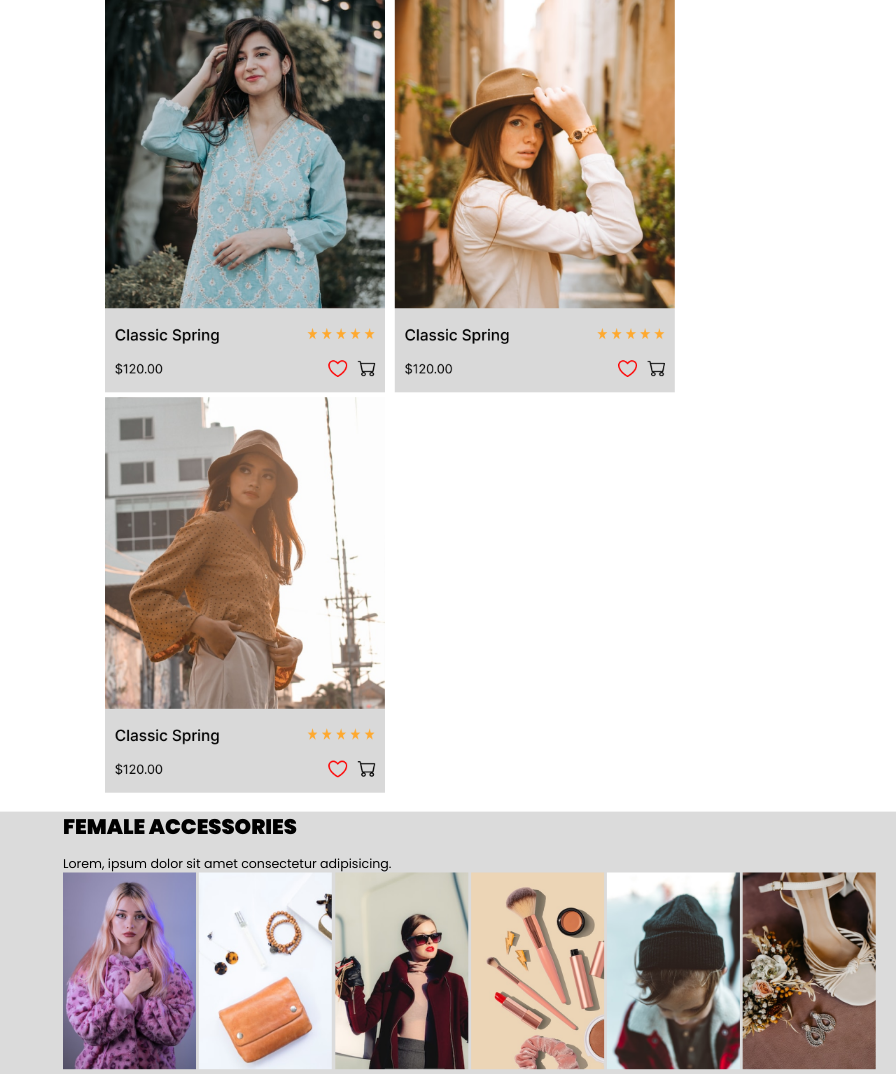
Repository: isaacCodes1/My-Project
Page: lifestyle.html
The author's editor kept a copy of each file at every save. The page is drawn from the files as they stood at one save, then again after the next save.
The browser window is 1280 px wide. The pictures show the part of the page from y = 1359 to 3279 px (the page is 2893 px tall before and 3279 px after), at 70% of full size.

Above is the page before, as saved 2024-03-21 18:36:41.

After the next save:
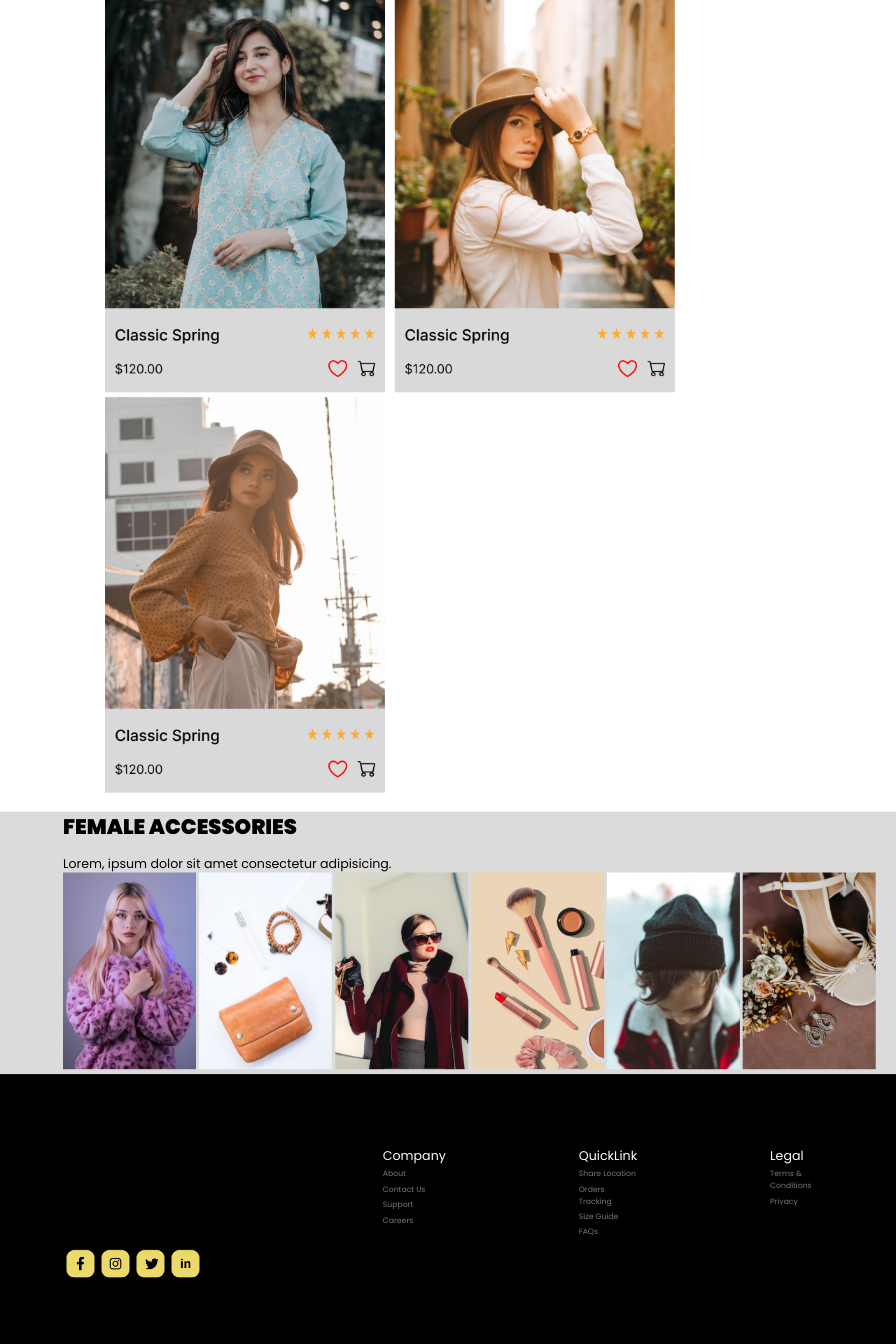
Saved 51 s later.
--- a/lifestyle.html
+++ b/lifestyle.html
@@ -50,20 +50,71 @@
       </div>
     </section>
     <section class="foot">
-        <div class="genFoot">
-          <div class="footTxt">
-            <h1>FEMALE ACCESSORIES</h1>
-            <p>Lorem, ipsum dolor sit amet consectetur adipisicing.</p>
-          </div>
-          <div class="footImg">
-            <img src="/Assets/Purple girl.png" alt="" />
-            <img src="/Assets/tools.png" alt="" />
-            <img src="/Assets/Classy.png" alt="" />
-            <img src="/Assets/Paint brush.png" alt="" />
-            <img src="/Assets/Head.png" alt="" />
-            <img src="/Assets/Heels.png" alt="" />
+      <div class="genFoot">
+        <div class="footTxt">
+          <h1>FEMALE ACCESSORIES</h1>
+          <p>Lorem, ipsum dolor sit amet consectetur adipisicing.</p>
+        </div>
+        <div class="footImg">
+          <img src="/Assets/Purple girl.png" alt="" />
+          <img src="/Assets/tools.png" alt="" />
+          <img src="/Assets/Classy.png" alt="" />
+          <img src="/Assets/Paint brush.png" alt="" />
+          <img src="/Assets/Head.png" alt="" />
+          <img src="/Assets/Heels.png" alt="" />
+        </div>
+      </div>
+    </section>
+    <section class="foot">
+      <div class="footDiv">
+        <div class="footTxt">
+          <h1>FASHION</h1>
+          <p>
+            Complete your style with awesome <br />
+            clothes from us.
+          </p>
+          <div class="socialIcons">
+            <div class="icon">
+              <a href="https://www.facebook.com/profile.php?id=61551880766580">
+                <img src="/Assets/Pics/Facebook.png" alt=""
+              /></a>
+            </div>
+            <div class="icon">
+              <a href="https://www.instagram.com/"
+                ><img src="/Assets/Pics/Instagram.png" alt=""
+              /></a>
+            </div>
+            <div class="icon">
+              <a href="#"><img src="/Assets/Pics/Twitter.png" alt="" /></a>
+            </div>
+            <div class="icon">
+              <a href="#"><img src="/Assets/Pics/Linkedn.png" alt="" /></a>
+            </div>
           </div>
         </div>
-      </section>
+
+        <div class="socialIcons">
+          <div class="links">
+            <div class="links1"><a href="">Company</a></div>
+            <div class="links2"><a href="">About</a></div>
+            <div class="links2"><a href="">Contact Us</a></div>
+            <div class="links2"><a href="">Support</a></div>
+            <div class="links2"><a href="">Careers</a></div>
+          </div>
+          <div class="links">
+            <div class="links1"><a href="">QuickLink</a></div>
+            <div class="links2"><a href="">Share Location</a></div>
+            <div class="links2"><a href="">Orders Tracking</a></div>
+            <div class="links2"><a href="">Size Guide</a></div>
+            <div class="links2"><a href="">FAQs</a></div>
+          </div>
+          <div class="links">
+            <div class="links1"><a href="">Legal</a></div>
+            <div class="links2"><a href="">Terms & Conditions</a></div>
+            <div class="links2"><a href="">Privacy</a></div>
+          </div>
+        </div>
+      </div>
+    </section>
   </body>
 </html>
